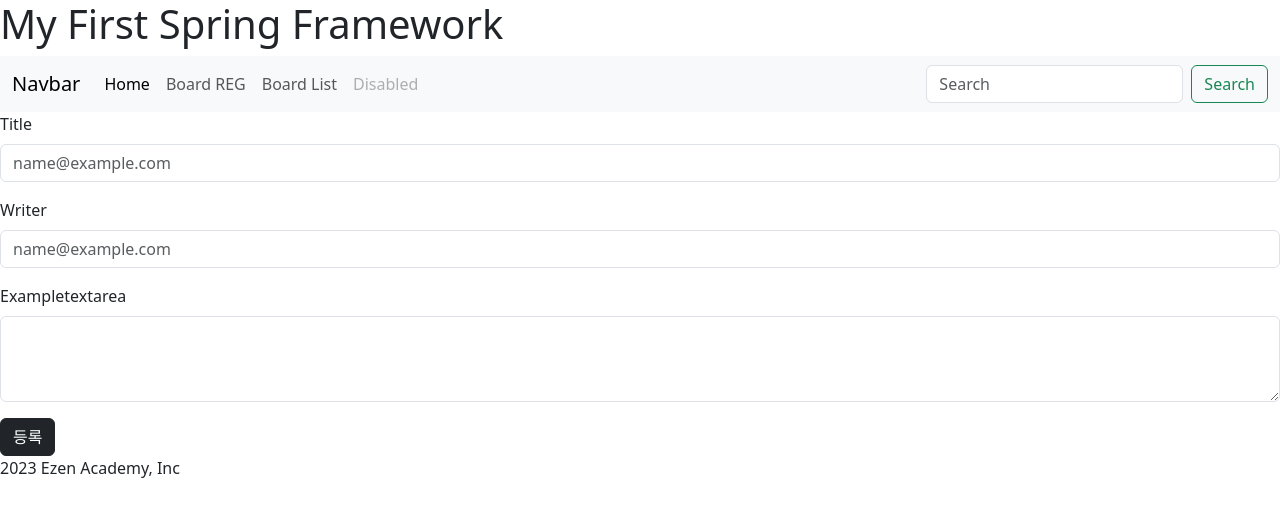
Repository: dfhdfhdfsza/springFinal
Page: http://localhost/springFinal/WEB-INF/views/board/register.jsp
These files come from the project's save history. The page is drawn as it stood at one moment and after the next save; the edit follows.
The browser window is 1280 px wide. The pictures show the whole page.
The page is served by Tomcat 9. Nobody is signed in. Other server files are loaded and not shown. The template is opened directly, without the code that normally fills it, so the values that code supplies are empty.

Above is the page before, as saved 2023-10-18 09:14:47.

### springFinal/src/main/webapp/WEB-INF/views/board/register.jsp
<%@ page language="java" contentType="text/html; charset=UTF-8"
	pageEncoding="UTF-8"%>
<!DOCTYPE html>
<html>
<head>
<meta charset="UTF-8">
<title>Register Page</title>
</head>
<body>
	<jsp:include page="../common/header.jsp"></jsp:include>
	<jsp:include page="../common/nav.jsp"></jsp:include>

	<form action="/board/register" method="post">
		<div class="mb-3">
			<label for="exampleFormControlInput1" class="form-label">Title</label> <input
				type="text" class="form-control" id="exampleFormControlInput1"
				placeholder="name@example.com" name="title">
		</div>
		<div class="mb-3">
			<label for="exampleFormControlInput1" class="form-label">Writer</label>
			<input type="text" class="form-control"
				id="exampleFormControlInput1" placeholder="name@example.com"
				name="writer">
		</div>
		<div class="mb-3">
			<label for="exampleFormControlTextarea1" class="form-label">
				Exampletextarea </label>
			<textarea class="form-control" id="exampleFormControlTextarea1"
				rows="3" name="content"></textarea>
		</div>
		<button type="submit" class="btn btn-dark">등록</button>
	</form>
<jsp:include page="../common/footer.jsp"></jsp:include>

</body>
</html>

### springFinal/src/main/webapp/WEB-INF/views/common/header.jsp
<%@ page language="java" contentType="text/html; charset=UTF-8"
    pageEncoding="UTF-8"%>
    <%@ taglib prefix="c" uri="http://java.sun.com/jsp/jstl/core" %>
<!DOCTYPE html>
<html>
<head>
<meta charset="UTF-8">
<title>Insert title here</title>
<link href="https://cdn.jsdelivr.net/npm/bootstrap@5.3.1/dist/css/bootstrap.min.css" rel="stylesheet" integrity="sha384-4bw+/aepP/YC94hEpVNVgiZdgIC5+VKNBQNGCHeKRQN+PtmoHDEXuppvnDJzQIu9" crossorigin="anonymous">
<script src="https://cdn.jsdelivr.net/npm/bootstrap@5.3.1/dist/js/bootstrap.bundle.min.js" integrity="sha384-HwwvtgBNo3bZJJLYd8oVXjrBZt8cqVSpeBNS5n7C8IVInixGAoxmnlMuBnhbgrkm" crossorigin="anonymous"></script>
</head>
<body>
	<h1>My First Spring Framework</h1>

</body>
</html>

### springFinal/src/main/webapp/WEB-INF/views/common/nav.jsp
<%@ page language="java" contentType="text/html; charset=UTF-8"
	pageEncoding="UTF-8"%>
<!DOCTYPE html>
<html>
<head>
<meta charset="UTF-8">
<title>Insert title here</title>
</head>
<body>
	<nav class="navbar navbar-expand-lg bg-body-tertiary">
		<div class="container-fluid">
			<a class="navbar-brand" href="#">Navbar</a>
			<button class="navbar-toggler" type="button"
				data-bs-toggle="collapse" data-bs-target="#navbarSupportedContent"
				aria-controls="navbarSupportedContent" aria-expanded="false"
				aria-label="Toggle navigation">
				<span class="navbar-toggler-icon"></span>
			</button>
			<div class="collapse navbar-collapse" id="navbarSupportedContent">
				<ul class="navbar-nav me-auto mb-2 mb-lg-0">
					<li class="nav-item"><a class="nav-link active" aria-current="page" href="/">Home</a></li>
					<li class="nav-item"><a class="nav-link" href="/board/register">Board REG</a></li>
					<li class="nav-item"><a class="nav-link" href="/board/list">Board List</a></li>
					<li class="nav-item"><a class="nav-link disabled"
						aria-disabled="true">Disabled</a></li>
				</ul>
				<form class="d-flex" role="search">
					<input class="form-control me-2" type="search" placeholder="Search"
						aria-label="Search">
					<button class="btn btn-outline-success" type="submit">Search</button>
				</form>
			</div>
		</div>
	</nav>
</body>
</html>

### springFinal/src/main/webapp/WEB-INF/views/common/footer.jsp
<%@ page language="java" contentType="text/html; charset=UTF-8"
    pageEncoding="UTF-8"%>
<!DOCTYPE html>
<html>
<head>
<meta charset="UTF-8">
<title>Insert title here</title>
</head>
<body>
	<p>2023 Ezen Academy, Inc</p>
</body>
</html>

After the next save:
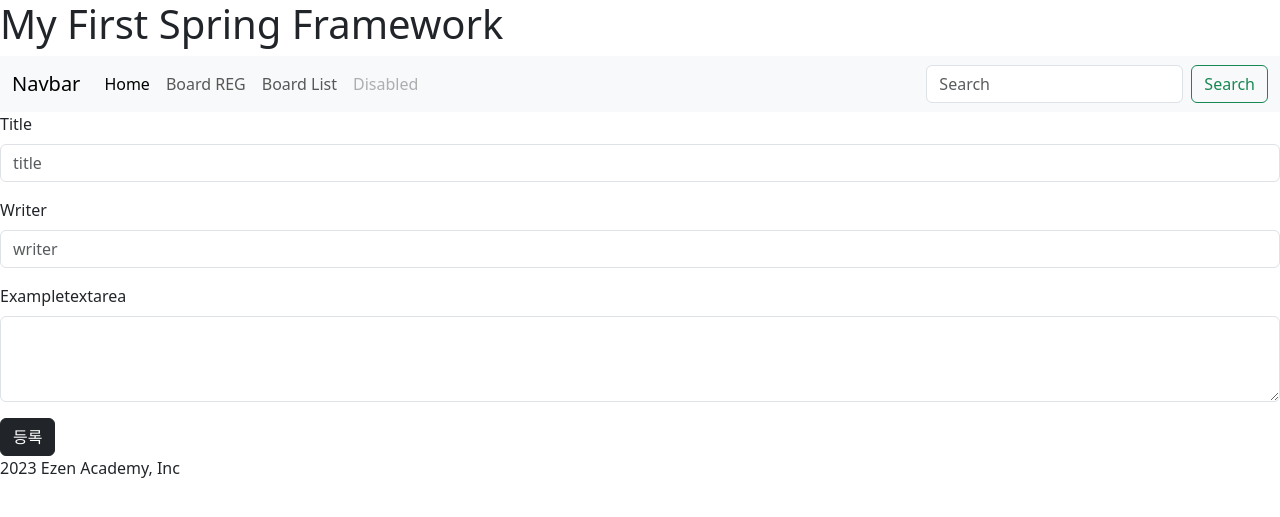
Saved 40 min 42 s later.
--- a/springFinal/src/main/webapp/WEB-INF/views/board/register.jsp
+++ b/springFinal/src/main/webapp/WEB-INF/views/board/register.jsp
@@ -14,12 +14,12 @@
 		<div class="mb-3">
 			<label for="exampleFormControlInput1" class="form-label">Title</label> <input
 				type="text" class="form-control" id="exampleFormControlInput1"
-				placeholder="name@example.com" name="title">
+				placeholder="title" name="title">
 		</div>
 		<div class="mb-3">
 			<label for="exampleFormControlInput1" class="form-label">Writer</label>
 			<input type="text" class="form-control"
-				id="exampleFormControlInput1" placeholder="name@example.com"
+				id="exampleFormControlInput1" placeholder="writer"
 				name="writer">
 		</div>
 		<div class="mb-3">
